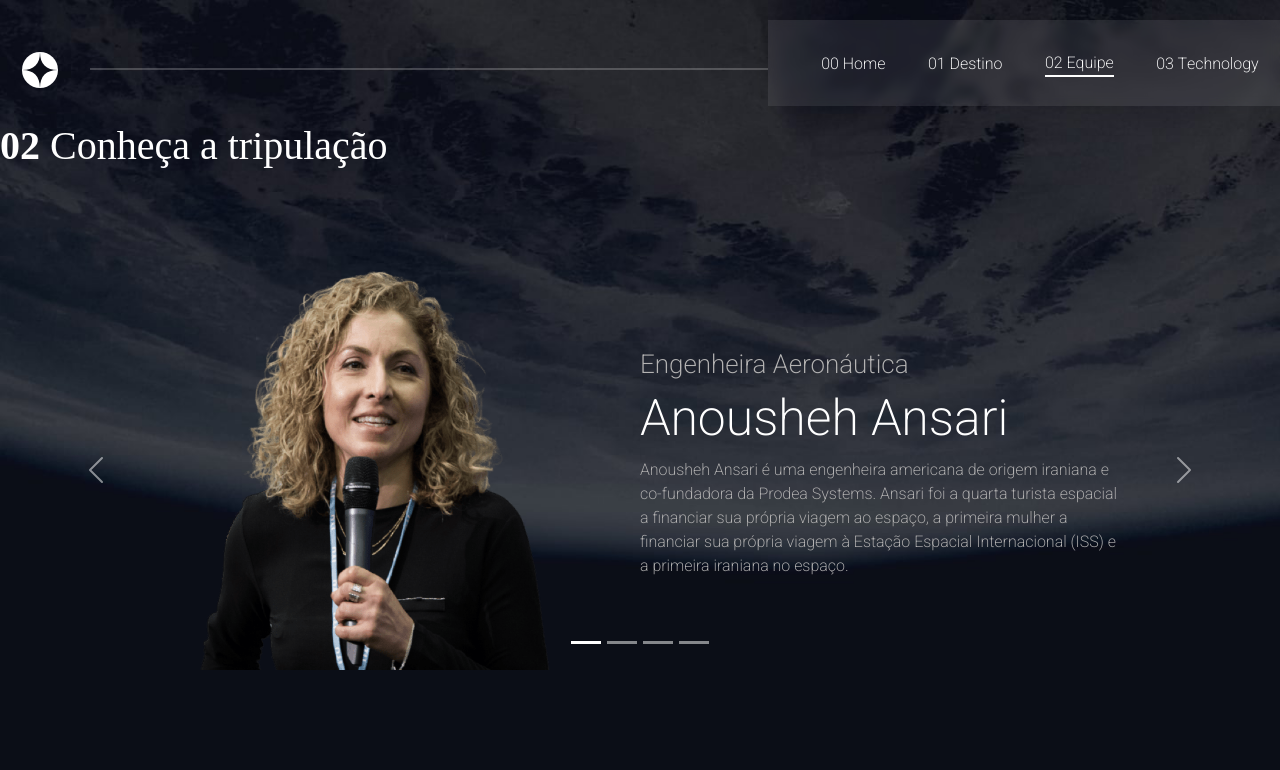
Repository: Leonngc/space-site
Page: crew-commander.html
These files come from the project's save history. The page is drawn as it stood at one moment and after a run of saves; the edit follows.
The browser window is 1280 px wide. The pictures show the whole page.

Above is the page before, as saved 2023-05-01 16:51:57.

### crew-commander.html
<!DOCTYPE html>
<html lang="pt-br">
<head>
  <meta charset="UTF-8">
  <meta name="viewport" content="width=device-width, initial-scale=1, minimum-scale=1">

  <link rel="icon" type="image/png" sizes="32x32" href="./assets/favicon-32x32.png">
  <link rel='stylesheet' href='https://cdn-uicons.flaticon.com/uicons-bold-rounded/css/uicons-bold-rounded.css'>
  <link rel="stylesheet" href="starter-code/styles/menu.css">
  <link rel="stylesheet" href="starter-code/styles/crew.css">

  <link href="https://cdn.jsdelivr.net/npm/bootstrap@5.3.0-alpha3/dist/css/bootstrap.min.css" rel="stylesheet" integrity="sha384-KK94CHFLLe+nY2dmCWGMq91rCGa5gtU4mk92HdvYe+M/SXH301p5ILy+dN9+nJOZ" crossorigin="anonymous">
  <script src="starter-code/script/menu.js" defer></script>
  <title>Frontend Mentor | Space tourism website</title>
</head>
<body>

  <header>
    <a href="index.html" target="_parent"><img src="starter-code/assets/shared/logo.svg" alt="" class="logo"></a>

    <div class="line"></div>
    <nav>
      <button class="menu-button"><i class="fi fi-br-menu-burger"></i></button>
      <ul class="menu">
      <li class="item-menu"><a href="index.html" target="_parent">00 Home</a></li>
      <li class="item-menu"><a href="destination-moon.html" target="_blank">01 Destino</a></li>
      <li class="item-menu page-active"><a href="#">02 Equipe</a></li>
      <li class="item-menu"><a href="#">03 Technology</a></li>
      </ul>
    </nav>
  </header>

  <h1><strong>02</strong> Conheça a tripulação</h1>

  <div id="carouselExampleIndicators" class="carousel slide" style="margin-top: 100px; margin-bottom: 100px;">
    <div class="carousel-indicators">
      <button type="button" data-bs-target="#carouselExampleIndicators" data-bs-slide-to="0" class="active" aria-current="true" aria-label="Slide 1"></button>
      <button type="button" data-bs-target="#carouselExampleIndicators" data-bs-slide-to="1" aria-label="Slide 2"></button>
      <button type="button" data-bs-target="#carouselExampleIndicators" data-bs-slide-to="2" aria-label="Slide 3"></button>
      <button type="button" data-bs-target="#carouselExampleIndicators" data-bs-slide-to="3" aria-label="Slide 4"></button>
    </div>
    <div class="carousel-inner">
      <div class="carousel-item active">
        <img src="starter-code/assets/crew/image-anousheh-ansari.png" class="d-flex w-5" alt="...">
        <div class="text-box">
          <h2>Engenheira Aeronáutica</h2>
          <h3>Anousheh Ansari</h3>

          <p>
            Anousheh Ansari é uma engenheira americana de origem iraniana e co-fundadora da Prodea Systems. Ansari foi a quarta turista espacial a financiar sua própria viagem ao espaço, a primeira mulher a financiar sua própria viagem à Estação Espacial Internacional (ISS) e a primeira iraniana no espaço.
          </p>
        </div>
      </div>
      <div class="carousel-item">
        <img src="starter-code/assets/crew/image-douglas-hurley.png" class="d-flex w-5" alt="...">

          <div class="text-box">
            <h2>Comandante</h2>
            <h3>Douglas Hurley</h3>
              <p>
                Douglas Gerald Hurley é um engenheiro, ex-piloto do Corpo de Fuzileiros Navais dos Estados Unidos e ex-astronauta da NASA. Ele foi lançado ao espaço pela terceira vez como comandante da missão Crew Dragon Demo-2.
              </p>
          </div>
      </div>
      <div class="carousel-item">
        <img src="starter-code/assets/crew/image-mark-shuttleworth.png" class="d-flex w-5" alt="...">
        <div class="text-box">
          <h2>Especialista em missões</h2>
          <h3>Mark Shuttleworth</h3>
          <p>
            Mark Richard Shuttleworth é o fundador e CEO da Canonical, a empresa por trás do sistema operacional baseado em Linux, o Ubuntu. Shuttleworth se tornou o primeiro sul-africano a viajar para o espaço como turista espacial.
          </p>
        </div>
      </div>
      <div class="carousel-item">
        <img src="starter-code/assets/crew/image-victor-glover.png" class="d-flex w-5" alt="...">
        <div class="text-box">
          <h2>Piloto</h2>
          <h3>Victor Glover</h3>
          <p>
            Piloto do primeiro voo operacional da nave SpaceX Crew Dragon para a Estação Espacial Internacional. Glover é comandante na Marinha dos Estados Unidos, onde pilota um F/A-18. Ele foi membro da tripulação da Expedição 64 e atuou como engenheiro de sistemas de voo da estação.
          </p>
        </div>
      </div>

    </div>
    <button class="carousel-control-prev" type="button" data-bs-target="#carouselExampleIndicators" data-bs-slide="prev">
      <span class="carousel-control-prev-icon" aria-hidden="true"></span>
      <span class="visually-hidden">Previous</span>
    </button>
    <button class="carousel-control-next" type="button" data-bs-target="#carouselExampleIndicators" data-bs-slide="next">
      <span class="carousel-control-next-icon" aria-hidden="true"></span>
      <span class="visually-hidden">Next</span>
    </button>
  </div>


</body>

<script src="https://cdn.jsdelivr.net/npm/@popperjs/core@2.11.7/dist/umd/popper.min.js" integrity="sha384-zYPOMqeu1DAVkHiLqWBUTcbYfZ8osu1Nd6Z89ify25QV9guujx43ITvfi12/QExE" crossorigin="anonymous"></script>
<script src="https://cdn.jsdelivr.net/npm/bootstrap@5.3.0-alpha3/dist/js/bootstrap.min.js" integrity="sha384-Y4oOpwW3duJdCWv5ly8SCFYWqFDsfob/3GkgExXKV4idmbt98QcxXYs9UoXAB7BZ" crossorigin="anonymous"></script>
</html>

### starter-code/styles/menu.css
@import url('https://fonts.googleapis.com/css2?family=Heebo:wght@200&display=swap');

*{
    padding: 0;
    margin: 0;
}


header{
    display: flex;
    justify-content: space-between;
}

.menu{
    display: none;
    margin-top: 20px;
    display: flex;
    width: 40vw ;
    height: 12vh;
    position: relative;
    list-style: none;
    overflow-x: hidden;
    background: rgba(255, 255, 255, 0.21);
    background: rgba(255, 255, 255, 0.08);
    box-shadow: 0 4px 30px rgba(0, 0, 0, 0.1);
    backdrop-filter: blur(5px);
    -webkit-backdrop-filter: blur(5px);
}

.item-menu{
    margin: auto;
}

.item-menu a{
    text-decoration: none;
    font-family: 'Heebo', sans-serif;
    color: white;
}


.line{
    background-color:  rgba(255, 255, 255, 0.21);
    height: 2px;
    width: 1110px;
    margin-top: 68px;
    margin-left: 30px;
}

.logo{
    margin-top: 50px;
    margin-left: 20px;
    width: 40px;
    height: 40px;
    padding: 2px;
}

.page-active{
    border-bottom: 2px solid white;
}

ul li > a:hover{
    font-size: 18px;
    transition: 2s;
}

.menu-button{
    display: none;
}



@media (max-width: 999px){
    .line{
        display: none;
    }
    body{
        overflow-x: hidden;
        max-width: 100vw;
    }


    .menu{
        position: absolute;
        right: 0;
        flex-direction: column;
        width: 80vw;
        height: 90vh;
        z-index: 10000;
        margin: 0;
        border-top-left-radius: 15px;
        border-bottom-left-radius: 15px;
        transform: translateX(100%);
        transition: transform 0.6s ease-in;
        background: rgba(0, 0, 0, 0.392);
        background: rgba(0, 0, 0, 0.545);
        box-shadow: 0 4px 30px rgba(0, 0, 0, 0.1);
        backdrop-filter: blur(5px);
        -webkit-backdrop-filter: blur(5px);
    }




    .menu li{
       color: white;
       font-size: 18px;
       font-weight: bold;
    }

    .menu-button{
        display: block;
        font-size: 40px;
        color: white;
        background: none;
        border: none;
        padding: 10px;
        margin-top: 40px;
    }

    ul.active{
        transform: translateX(0);
    }

}

### starter-code/styles/crew.css
@import url('https://fonts.googleapis.com/css2?family=Barlow&display=swap');
@import url('https://fonts.googleapis.com/css2?family=Heebo:wght@200&display=swap');
/*  font-family: 'Barlow', sans-serif;
    font-family: 'Heebo', sans-serif;
*/

:root{
    --title-font: 'Barlow';
    --paragraph-font: 'Heebo';
}




body{
    background-image: url(../assets/crew/background-crew-desktop.jpg);
    background-size: cover;
    background-repeat: no-repeat;
}



h1{
    color: white !important;
    font-family: t;
}



.carousel-inner img{
    margin-left: 200px;
    width: 350px;
    height: 400px;
}

.text-box{
    position: absolute;
    top: 20%;
    left: 50%;
    color: white;
    width: 38vw;
    font-family: var(--paragraph-font);
}

.text-box > h2{
    font-size: 26px;
    color: #b4b3b3;
}

.text-box > h3{
    font-size: 50px;
}

.text-box > p{
    color: #b4b3b3;
}

### starter-code/script/menu.js
class MobileNavbar{
    constructor(mobileMenu, navList, navLink){
        this.mobileMenu = document.querySelector(mobileMenu);
        this.navList = document.querySelector(navList);
        this.navLink = document.querySelector(navLink);
        this.activeClass = "active";
        this.handleClick = this.handleClick.bind(this)

    }

    handleClick(){
        this.mobileMenu.classList.toggle(this.activeClass)
    }

    addClickEvent(){
        this.mobileMenu.addEventListener("click", this.handleClick);
    }

    init(){
        if(this.mobileMenu){
            this.addClickEvent();
        }
        return this;
    }
}

const mobileNavbar = new MobileNavbar(
    "nav",
    "ul",
    "ul li",
);

mobileNavbar.init()

After the next 5 saves:
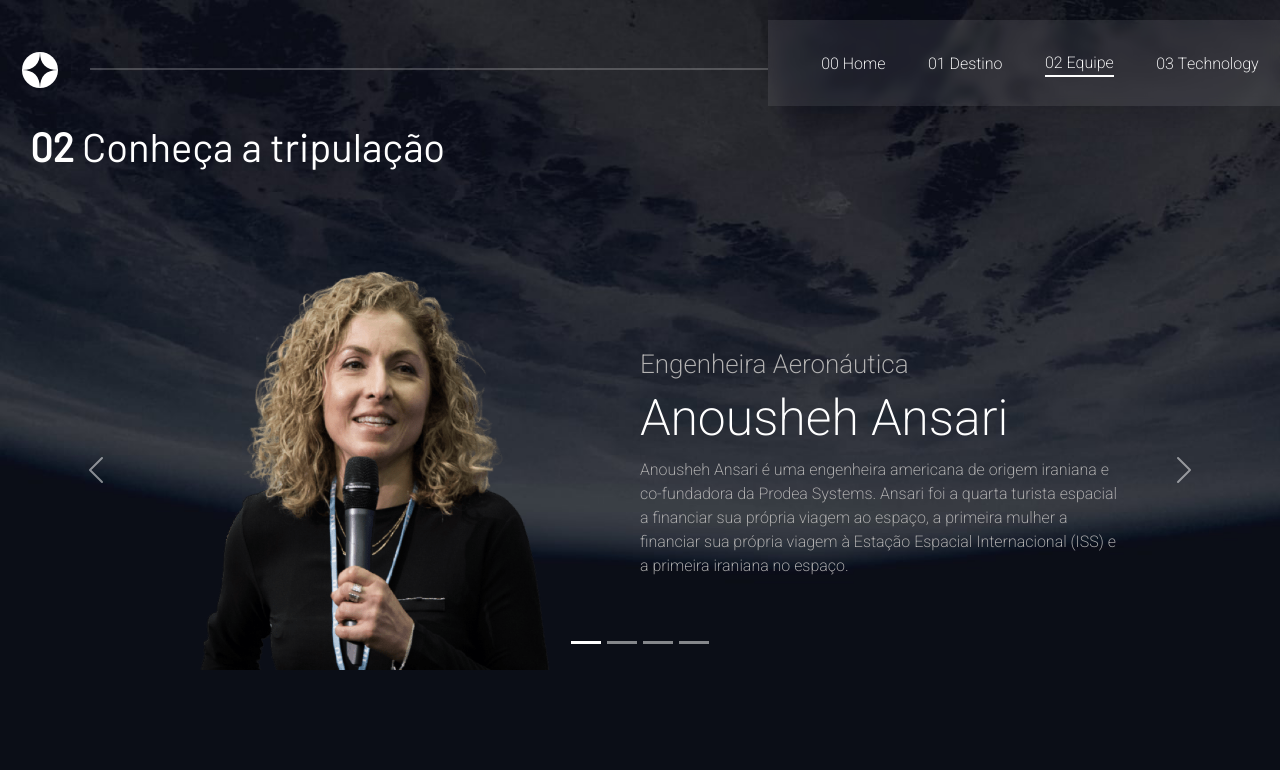
The 5 saves are shown as one change because they came seconds apart.
The last was saved 11 s later.
--- a/starter-code/styles/crew.css
+++ b/starter-code/styles/crew.css
@@ -22,7 +22,9 @@ body{
 
 h1{
     color: white !important;
-    font-family: t;
+    font-family: var(--title-font);
+    font-weight: 200;
+    margin-left: 30px;
 }
 
 
